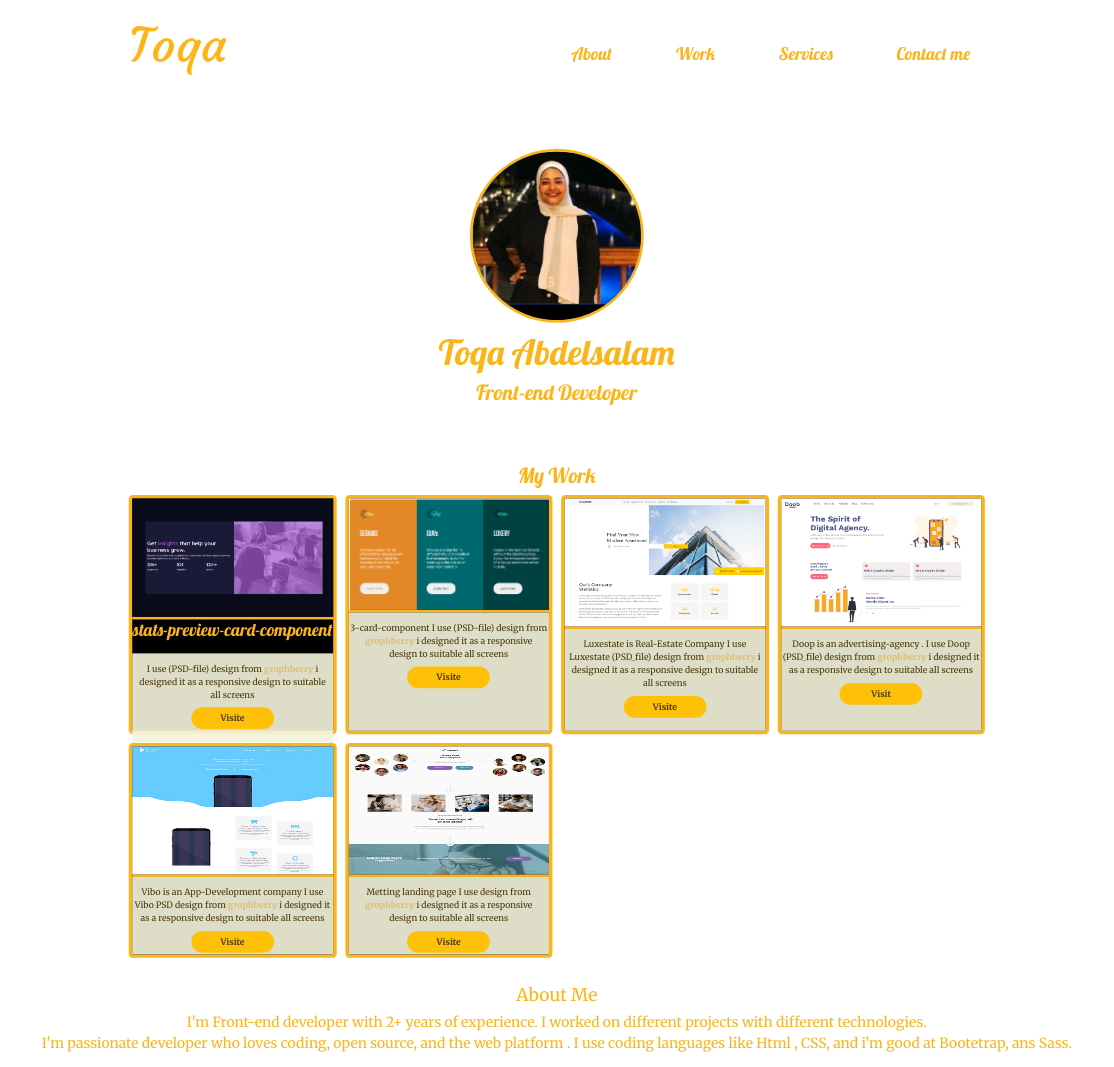
Repository: Toqa-25/portfolio
Page: index.html
An editor plug-in stored every save of this project. The page is shown before and after the next save, followed by the edit.
The browser window is 1280 px wide. The pictures show the whole page, at 87% of full size.
Some web fonts or font styles are not loaded; a fallback is used.

Above is the page before, as saved 2021-10-31 18:16:23.

### index.html
<!DOCTYPE html>
<html lang="en">
<head>
    <meta charset="UTF-8">
    <meta http-equiv="X-UA-Compatible" content="IE=edge">
    <meta name="viewport" content="width=device-width, initial-scale=1.0">
    <title>Toqa Portfolio</title>
      <!-- bootstrap file -->
      <link rel="stylesheet" href="css/all.min.css">
      <link rel="stylesheet" href="css/bootstrap.css">
      <!-- css file -->
      <link rel="stylesheet" href="css/style.css">
      <!-- fonts -->
      <link rel="preconnect" href="https://fonts.googleapis.com">
<link rel="preconnect" href="https://fonts.gstatic.com" crossorigin>
<link href="https://fonts.googleapis.com/css2?family=Lobster&family=Otomanopee+One&display=swap" rel="stylesheet">
<link rel="preconnect" href="https://fonts.googleapis.com">
<link rel="preconnect" href="https://fonts.gstatic.com" crossorigin>
<link href="https://fonts.googleapis.com/css2?family=Merriweather:ital,wght@0,300;0,400;0,700;0,900;1,300;1,400;1,700;1,900&display=swap" rel="stylesheet">
<link rel="preconnect" href="https://fonts.googleapis.com">
<link rel="preconnect" href="https://fonts.gstatic.com" crossorigin>
<link href="https://fonts.googleapis.com/css2?family=Bebas+Neue&family=Oswald:wght@200;300;400;500;600;700&display=swap" rel="stylesheet">
</head>
<body>
        <!-- header section -->
    <header class="pad">
       <div class="container">
         <div class="header-content">
           <div class="header-logo">
             <img src="images/logo.png" alt="logo">
           </div>
           <div class="bar">
             <svg xmlns="http://www.w3.org/2000/svg" width="35" height="35" fill="#fbb519" class="bi bi-list" viewBox="0 0 16 16">
               <path fill-rule="evenodd" d="M2.5 12a.5.5 0 0 1 .5-.5h10a.5.5 0 0 1 0 1H3a.5.5 0 0 1-.5-.5zm0-4a.5.5 0 0 1 .5-.5h10a.5.5 0 0 1 0 1H3a.5.5 0 0 1-.5-.5zm0-4a.5.5 0 0 1 .5-.5h10a.5.5 0 0 1 0 1H3a.5.5 0 0 1-.5-.5z"/>
             </svg>
              <ul class="hidden-list unlist list">
              <li>About</li>
              <li>Work</li>
              <li>Services</li>
              <li>Contact me</li>
              <li>Reviews</li>
            </ul>
           </div>
           <div class="header-nav">
             <ul class="list unlist">
                 <li>About</li>
                 <li>Work</li>
                 <li>Services</li>
                 <li>Contact me</li>
                 <!-- <li>Reviews</li> -->
             </ul>

           </div>
         </div>
         </div>
        </header><!-- end header section -->
        <!-- information  section -->
    <section  class="inform pad">
      <div class="main-inform " role="main">
        <div class="inform-info">
        <img src="images/toqa.jpg" alt=""><br>
        <h1>Toqa Abdelsalam</h1>
        <h4>Front-end Developer</h4>
      </div>
      </div>
    </section> <!-- end information  section -->

      <!-- my-work  section -->
      <section class="pad work">
        <div class="container">
          <h4 class="work-head">My Work</h4>
          <div class="work-content">
      <div class="project card" role="menu">
        <div class="card-img">
          <img src="images/toqa-25.github.io_stats-preview-card-component-main_.png" alt="">
        </div>
        <div class="card-info">
          <h5 class="card-title">stats-preview-card-component </h5>
          <p class="card-inf-text"> I use  (PSD-file) design from <span> <a href="https://www.frontendmentor.io/">grophberry</a></span>
        i designed it as a responsive design to suitable all screens <br>
        <button><a href="https://toqa-25.github.io/stats-preview-card-component-main/">Visite</a></button>
        </p>
        </div>
 </div>
      <div class="project card" role="menu">
        <img src="images/toqa-25.github.io_3-cards-component3_.png" alt="">
        <p>3-card-component
      I use (PSD-file) design from <span> <a href="https://www.frontendmentor.io/">grophberry</a></span>
  i designed it as a responsive design to suitable all screens <br>
  <button><a href="https://toqa-25.github.io/3-cards-component/">Visite</a></button>
 </p>
 </div>
      <div class="project card" role="menu">
          <img src="images/destop-luxestate - Copy (1).png" alt="">
          <p>Luxestate is Real-Estate Company
        I use Luxestate (PSD_file) design from <span> <a href="https://www.graphberry.com/">grophberry</a></span>
    i designed it as a responsive design to suitable all screens <br>
    <button><a href="https://toqa-25.github.io/luxstate-project-/">Visite</a></button>
   </p>
   </div>
      <div class="project card" role="menu">
          <img src="images/web_design.png" alt="">
          <p>Doop is an advertising-agency .
        I use Doop (PSD_file) design from <span> <a href="https://www.graphberry.com/">grophberry</a></span>
    i designed it as a responsive design to suitable all screens <br>
    <button><a href="https://toqa-25.github.io/simply-agency/">Visit </a></button>
   </p>
   </div>
      <div class="project card" role="menu">
        <img src="images/Vibo_App(desktop)_toqa-25.github.io2.png" alt="">
          <p>Vibo is an App-Development company
        I use Vibo PSD design from <span> <a href="https://www.graphberry.com/">grophberry</a></span>
    i designed it as a responsive design to suitable all screens <br>
    <button><a href="https://toqa-25.github.io/vibo-app/">Visite</a></button>
   </p>
   </div>
   <div class="project card" role="menu">
    <img src="images/toqa-25.github.io_landing-meeting-page_desktop.png" alt="">
    <p>Metting landing page
  I use  design from <span> <a href="https://www.frontendmentor.io/">grophberry</a></span>
i designed it as a responsive design to suitable all screens <br>
<button><a href="https://toqa-25.github.io/landing-meeting-page/">Visite</a></button>
</p>
</div>
   </div>
   </div>
      </section>

      <section class="section about">

          <h5>About Me</h5>
      <p> I'm Front-end developer with 2+ years of experience. I worked on different projects with different technologies. <br>
       I'm passionate developer who loves coding, open source, and the web platform .
       I use coding languages like Html , CSS, and i'm good at Bootetrap, ans Sass. </p>
      </section>

</body>
</html>

### css/style.css
/*
    public style
***********************
*/
:root{
    --main-color:#fbb519;
    --section-padding:30px;
}
* , *:after , *:before{
    box-sizing: border-box;
    margin: 0;
    padding: 0;
}
body{
    font-family: 'Merriweather', serif;
    color:var(--main-color);
}
.pad{
    padding: var(--section-padding) 0;
}
.container
{
  width: 80%;
  margin:auto;
  padding: 0 20px;
}
 .pad h5{
    text-align: center;
    font-family: 'Lobster';
    margin-bottom: 15px;
 }
 .unlist{
     list-style: none;
 }
/*
    header style
***********************
*/
 header{
    font-family: 'Lobster', cursive;
 }
 .header-content{
    display: flex;
}
.header-logo{
    width:50%;
}
.bar{
    position: relative;
    display: none;
    margin: auto 20px;
     transition: .2s;
     cursor: pointer;
     width: 50%;
    /* text-align: right; */
    justify-content: flex-end;
}
 .header-nav{
   min-width: 50%;
    display: flex;
    justify-content: flex-end;
 }
 .header-nav .list{
     width: 100%;
     display: flex;
     justify-content: space-between;
     align-items: center;
     padding: 17px;
 }
  .list li{
     font-size: 20px;
     transition: .2s;
     -webkit-transition: .2s;
     -moz-transition: .2s;
     -ms-transition: .2s;
     -o-transition: .2s;
     cursor: pointer;
     margin-bottom: 2px;
    }
     .list li:hover{
        border-bottom: 2px solid var(--main-color);
    }
    .hidden-list{
         text-align: center;
         position: absolute;
         width: 120px;
         top: 3px;
         right: -70px;
         background-color: #f5f5dc91;
         padding: 10px;
         border-radius: 25px;
         -webkit-border-radius: 25px;
         -moz-border-radius: 25px;
         -ms-border-radius: 25px;
         -o-border-radius: 25px;
         transition: .2s;
         -webkit-transition: .2s;
         -moz-transition: .2s;
         -ms-transition: .2s;
         -o-transition: .2s;
         visibility: hidden;
         display: none;
}
/* media quary for header*/
 @media (max-width: 991px){
   .header-nav {
      display: none;
  }
  .bar{
      display: flex;
  }
  .bar:hover .hidden-list{
    visibility: visible;
    display: block;
  }
}
/*
    my-information&image style
  ********************************
 */
 .main-inform{
     color: var(--main-color);
    text-align: center;
    height: 300px;
    display: flex;
    align-items: center;
    justify-content: center;
    font-family: 'Lobster', cursive;
}
.main-inform img{
    width: 200px;
    height: 200px;
    border:3px solid;
    border-radius: 50%;
    -webkit-border-radius: 50%;
     -moz-border-radius: 50%;
     -ms-border-radius: 50%;
     -o-border-radius: 50%;
     margin-bottom: 10px;
    }
/*
    my-work style
********************************
*/
.work{
    text-align: center;
}
 .work-content{
    display: grid;
    grid-template-columns:repeat(4,1fr);
    gap:10px;
 }
 .work .work-head{
    text-align: center;
    font-family: 'Lobster';
 }
.card {
    width: 100%;
    height: 100%;
    position: relative;
    display: flex;
    flex-direction: column;
    min-width: 0;
    word-wrap: break-word;
    background-color: black;
    background-clip: border-box;
    border: 4px solid var(--main-color);
    border-radius: 0.3rem;
}

.card img{
    max-width:100%;
    max-height: 150px;
    border-bottom: 3px solid;
}
.card img:hover{
   transform: scale(1.1);
   -webkit-transform: scale(1.1);
   -moz-transform: scale(1.1);
   -ms-transform: scale(1.1);
   -o-transform: scale(1.1);
}
.card p{
    margin-bottom: 1rem;
    background-color: black;
    font-size: 10px;
    padding: 2px;
    margin: 0px;
    margin-top: 0px;
    width: 100%;
    height: 100%;
    text-align: center;
    color:#483705;
    background-color: #f5f5dce8;
    padding-top: 10px;

}
.card p a{
    text-decoration: none;
    color: #e2bc66;
    font-weight: bolder;
}
.card p:hover{

}

.card button{
    width: 95px;
    text-align: center;
    background-color: #ffc107;
    border: none;
    border-radius: 15px;
    padding: 5px;
    margin-top: 7px;
}
.card button:hover{
    width:120px;
    padding: 10px;
}
.card button a{
    text-decoration: none;
    color: #483705;
}

.about{
    text-align: center;

}

/*
           media quary style
    ***************************************
        //extra small devices @media (maxwidth:575px)
        //small devices @media (maxwidth:767px)
        //medium devices @media (maxwidth:991px)
        //large devices @media (maxwidth:1199px)
*/

Loaded but not shown: css/all.min.css (library); css/bootstrap.css (library)

After the next save:
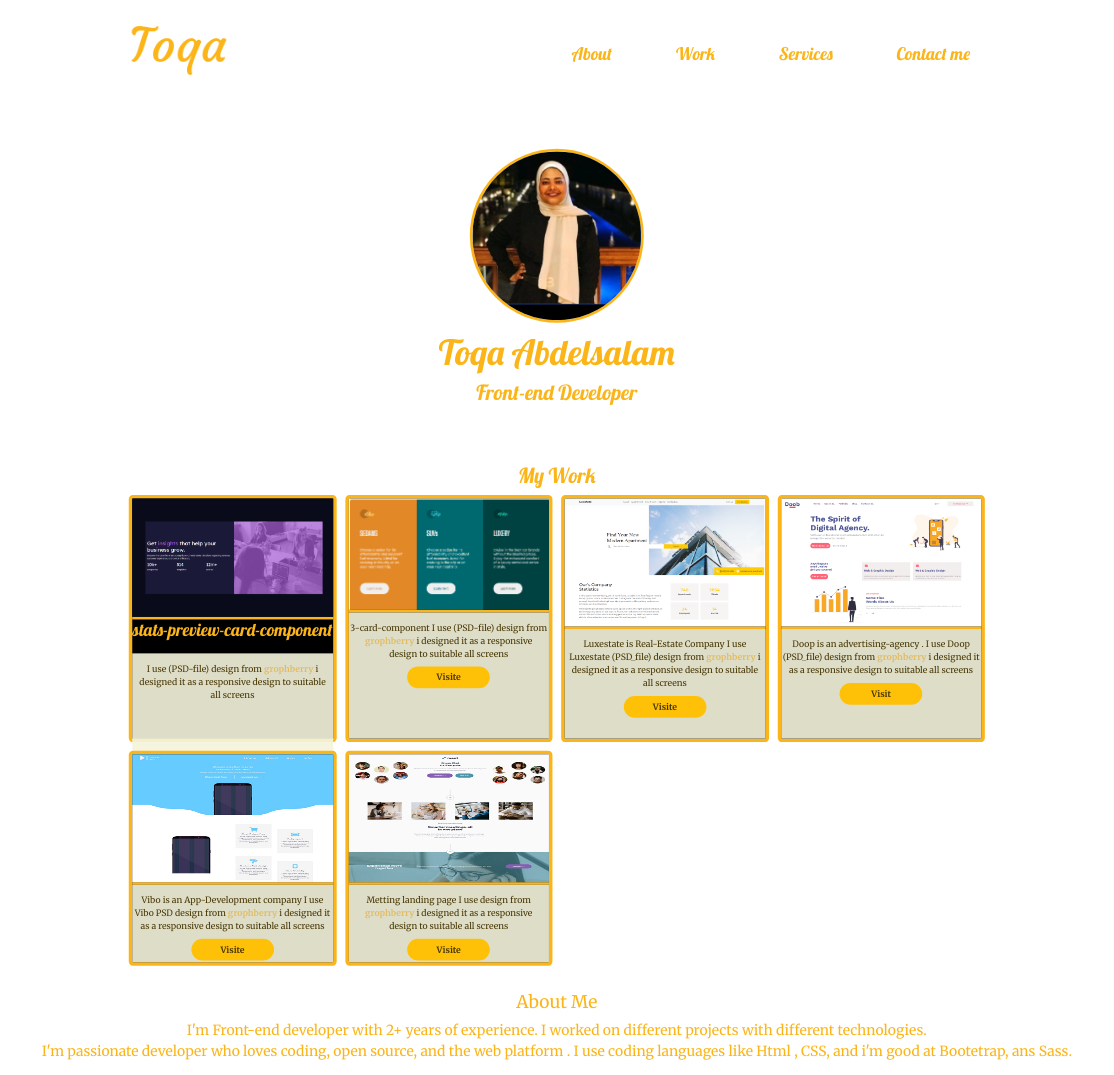
Saved 14 s later.
--- a/index.html
+++ b/index.html
@@ -78,8 +78,8 @@
           <h5 class="card-title">stats-preview-card-component </h5>
           <p class="card-inf-text"> I use  (PSD-file) design from <span> <a href="https://www.frontendmentor.io/">grophberry</a></span>
         i designed it as a responsive design to suitable all screens <br>
-        <button><a href="https://toqa-25.github.io/stats-preview-card-component-main/">Visite</a></button>
-        </p>
+      </p>
+      <button><a href="https://toqa-25.github.io/stats-preview-card-component-main/">Visite</a></button>
         </div>
  </div>
       <div class="project card" role="menu">
